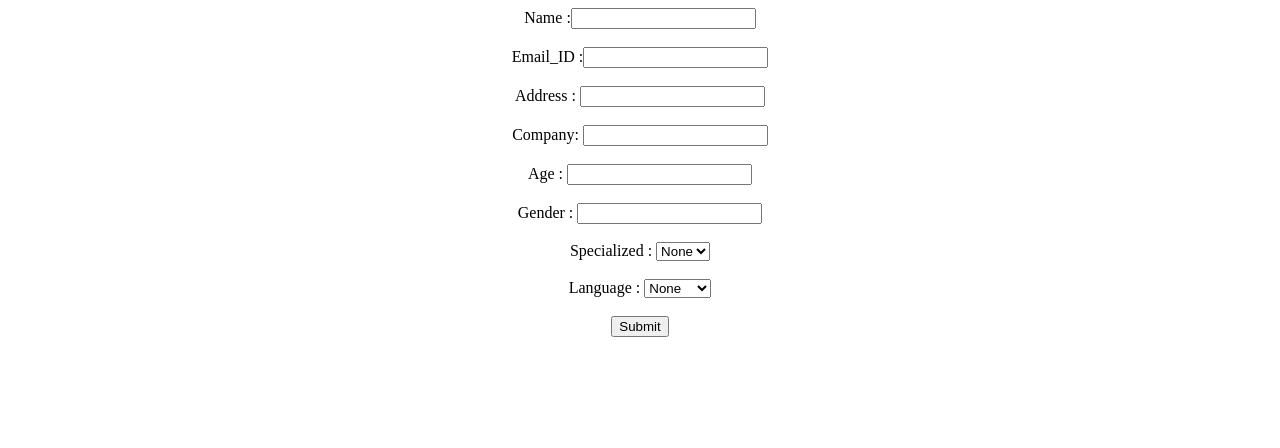
Repository: sunil965/JDBC-Servlet-JSP
Page: http://localhost/JspRegistrationTask/loginJspCall
An editor plug-in stored every save of this project. The page is shown before and after the next save, followed by the edit.
The browser window is 1280 px wide. The pictures show the whole page.
The page is served by Tomcat 9.

Above is the page before, as saved 2017-05-02 09:47:20.

After the next save:
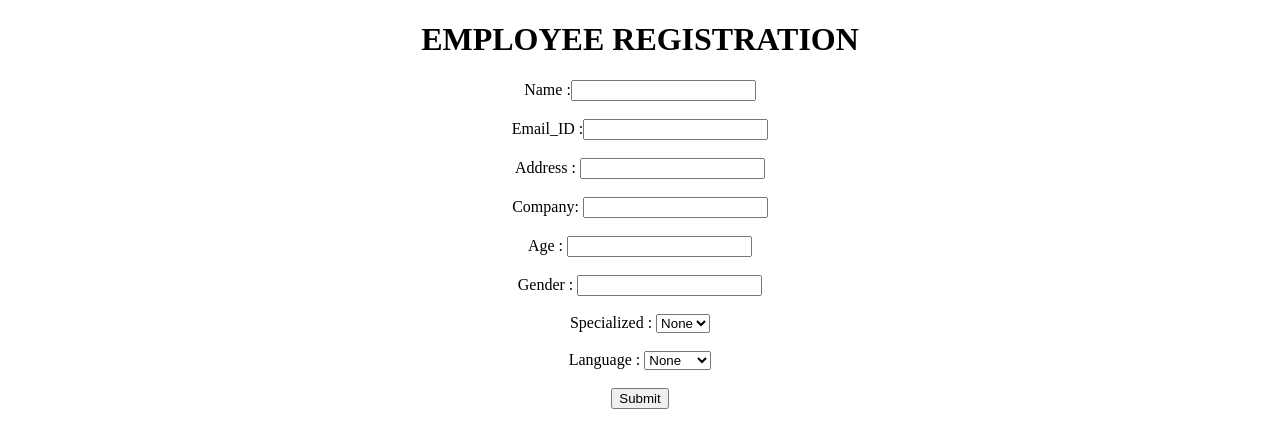
Saved 52 s later.
--- a/JspRegistrationTask/WebContent/userlogin.jsp
+++ b/JspRegistrationTask/WebContent/userlogin.jsp
@@ -8,6 +8,7 @@
 </head>
 <body>
  <div align="center">
+ <h1>EMPLOYEE REGISTRATION</h1>
 	<form action="userlogin" method="post">
 		Name :<input type="text" name="uname"><br><br>
 		Email_ID :<input type="email" name="mail"><br><br>
